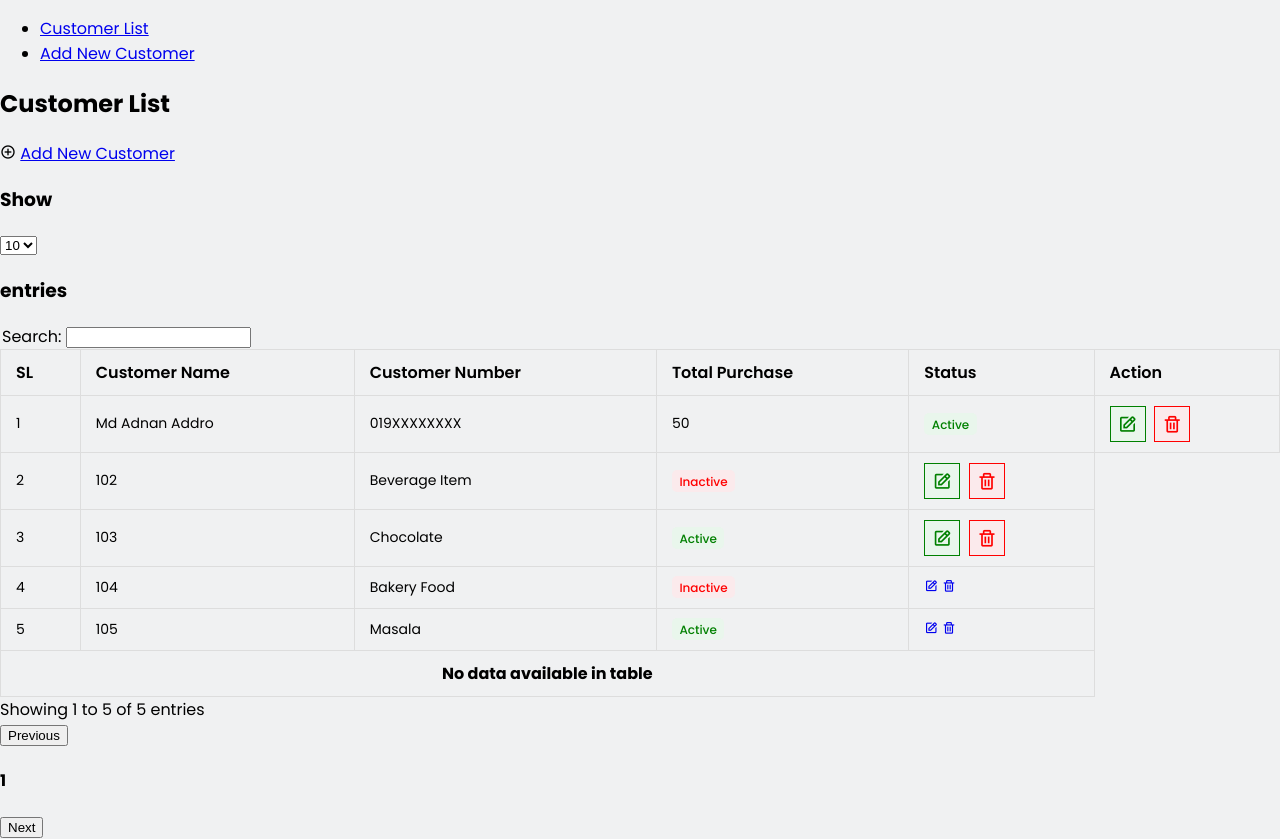
Repository: codebyaddro/customer-page
Page: customer.html
An editor plug-in stored every save of this project. The page is shown before and after a run of saves, followed by the edit.
The browser window is 1280 px wide. The pictures show the whole page.

Above is the page before, as saved 2025-02-20 13:58:47.

### customer.html
<!DOCTYPE html>
<html lang="en">
<head>
    <meta charset="UTF-8">
    <meta name="viewport" content="width=device-width, initial-scale=1.0">
    <!-- CSS -->
    <link rel="stylesheet" href="css/customer.css">
    <!-- Icons -->
    <link href='https://unpkg.com/boxicons@2.1.4/css/boxicons.min.css' rel='stylesheet'>
    <title>Customer - Page</title>
</head>
<body>
    <div class="cba-customer-container">
        <div class="cba-cusc-top-menus">
            <ul>
                <li><a href="/index.html" class="-cba-cusc-active-menu">Customer List</a></li>
                <li><a href="/inner-pages/html/anc.html" class="cba-cusc-light-up">Add New Customer</a></li>
            </ul>
        </div>
        <div class="cba-cusc-list-container">
            <div class="cba-cusc-heading-add-new-btn">
                <div class="cba-cusc-heading">
                    <h2>Customer List</h2>
                </div>
                <div class="cba-cusc-add-new-btn">
                    <i class='cba-cusc-add-icon bx bx-plus-circle'></i>
                    <a href="/inner-pages/html/anc.html">Add New Customer</a>
                </div>
            </div>
            <div class="cba-cusc-list-short-dpdwn-search-box">
                <div class="cba-cusc-list-short-dpdwn">
                    <h3>Show</h3>
                    <select name="10" id="">
                        <option value="">10</option>
                        <option value="">20</option>
                        <option value="">30</option>
                        <option value="">All</option>
                    </select>
                    <h3>entries</h3>
                </div>
                <div class="cba-cusc-search-box">
                    <legend>Search: <input type="text"></legend>
                </div>
            </div>
            <div class="cba-cusc-table-list">
                <table>
                    <thead>
                        <tr>
                            <th title="SL">SL</th>
                            <th title="Code">Customer Name</th>
                            <th title="Category Name">Customer Number</th>
                            <th title="Status">Total Purchase</th>
                            <th title="Status">Status</th>
                            <th title="Action">Action</th>
                        </tr>
                    </thead>
                    <tbody>
                        <tr>
                            <td>1</td>
                            <td>Md Adnan Addro</td>
                            <td>019XXXXXXXX</td>
                            <td>50</td>
                            <td><span class="active">Active</span></td>
                            <td>
                                <a title="Edit" href="#"><i class='edit-icon bx bx-edit'></i></a>
                                <a title="Delete" href="#"><i class='delete-icon bx bx-trash'></i></a>
                            </td>
                        </tr>
                        <tr>
                            <td>2</td>
                            <td>102</td>
                            <td>Beverage Item</td>
                            <td><span class="inactive">Inactive</span></td>
                            <td>
                                <a title="Edit" href="#"><i class='edit-icon bx bx-edit'></i></a>
                                <a title="Delete" href="#"><i class='delete-icon bx bx-trash'></i></a>
                            </td>
                        </tr>
                        <tr>
                            <td>3</td>
                            <td>103</td>
                            <td>Chocolate</td>
                            <td><span class="active">Active</span></td>
                            <td>
                                <a title="Edit" href="#"><i class='edit-icon bx bx-edit'></i></a>
                                <a title="Delete" href="#"><i class='delete-icon bx bx-trash'></i></a>
                            </td>
                        </tr>
                        <tr>
                            <td>4</td>
                            <td>104</td>
                            <td>Bakery Food</td>
                            <td><span class="inactive">Inactive</span></td>
                            <td>
                                <a title="Edit" href="#"><i class='cba-cusc-edit-icon bx bx-edit'></i></a>
                                <a title="Delete" href="#"><i class='cba-cusc-delete-icon bx bx-trash'></i></a>
                            </td>
                        </tr>
                        <tr>
                            <td>5</td>
                            <td>105</td>
                            <td>Masala</td>
                            <td><span class="active">Active</span></td>
                            <td>
                                <a title="Edit" href="#"><i class='cba-cusc-edit-icon bx bx-edit'></i></a>
                                <a title="Delete" href="#"><i class='cba-cusc-delete-icon bx bx-trash'></i></a>
                            </td>
                        </tr>
                        <tr class="cba-cusc-no-data-available">
                            <th colspan="5">No data available in table</th>
                        </tr>
                    </tbody>
                </table>
            </div>
            <div class="cba-cusc-entries-details-list-page-btn">
                <div class="cba-cusc-entries-details">
                    Showing <span>1</span> to <span>5</span> of <span>5</span> entries
                </div>
                <div class="cba-cusc-list-page-btn">
                    <button>Previous</button>
                    <h4><span>1</span></h4>
                    <button>Next</button>
                </div>
            </div>
        </div>
    </div>
</body>
</html>

### css/customer.css
/* -- fonts -- */
@import url('https://fonts.googleapis.com/css2?family=Poppins:ital,wght@0,100;0,200;0,300;0,400;0,500;0,600;0,700;0,800;0,900;1,100;1,200;1,300;1,400;1,500;1,600;1,700;1,800;1,900&family=Raleway:ital,wght@0,100..900;1,100..900&family=Roboto:ital,wght@0,100;0,300;0,400;0,500;0,700;0,900;1,100;1,300;1,400;1,500;1,700;1,900&family=VT323&display=swap');

/* -- root -- */

:root {
    --gray-white: #F0F1F2; /* For body*/
    --white: #FFFFFF;
    --black: #000000;
    --gray-black: #DDDDDD;
    --light-black: #212523;
    --light-black-op: #21252350;
    --main-green: #157343;
    --main-light: #37A000;
    --light-orange: #FD7E14;
    --green: #008000;
    --light-green: #e9f6ec;
    --red: #FF0000;
    --light-red: #fbeaec;
}

/* ---------- */

* {
    box-sizing: border-box;
}

body {
    margin: 0;
    padding: 0;
    font-family: "Poppins", serif;
    background-color: var(--gray-white);
}

::selection {
    color: var(--white);
    background-color: var(--main-light);
}

/* -- category container style -- */

.category-container {
    width: 100%;
    margin-top: 25px;
}

/* -- top menus style--  */

.top-menus {
    background-color: var(--white);
    display: flex;
    justify-content: left;
    align-items: center;
    height: 60px;
    margin-bottom: 15px;
}

.top-menus ul {
    list-style-type: none;
    display: flex;
    gap: 30px;
    margin-left: -20px;
}

.top-menus ul li a {
    text-decoration: none;
    color: var(--black);
    font-size: 15px;
    font-weight: 500;
}

/* -- active menu style -- */

.active-menu {
    color: var(--white)!important;
    background-color: var(--main-green);
    padding: 8px 12px;
    border-radius: 5px;
}

/* -- menu hover style -- */

.light-up:hover {
    color: var(--light-orange);
}

/* -- list container style -- */

.list-container {
    background-color: var(--white);
    padding: 0px 20px;
}

/* -- heading-add-new-btn style -- */

.heading-add-new-btn {
    display: flex;
    justify-content: space-between;
    align-items: center;
    border-bottom: 1px solid var(--gray-black) ;
}

.heading h2 {
    color: var(--light-black);
    font-size: 25px;
    font-weight: 500;
}

/* -- add-new-btn style -- */

.add-new-btn {
    display: flex;
    gap: 5px;
    justify-content: baseline;
    align-items: center;
}

.add-new-btn {
    background-color: var(--main-green);
    padding: 5px 10px;
    border-radius: 5px;
}

.add-new-btn a {
    color: var(--white);
    text-decoration: none;
}

.add-icon {
    color: var(--white);
    font-size: 20px;
}

/* -- list-short-dpdwn-search-box style -- */

.list-short-dpdwn-search-box {
    display: flex;
    justify-content: space-between;
    align-items: center;
    padding: 10px 0px;
}

/* -- list-short-dpdwn style -- */

.list-short-dpdwn {
    display: flex;
    gap: 7.5px;
    align-items: center;
}

.list-short-dpdwn h3 {
    color: var(--light-black);
    font-size: 15px;
    font-weight: 500;
}

.list-short-dpdwn select {
    color: var(--light-black);
    appearance: none;
    height: 25px;
    width: 30px;
    padding-left: 6px;
    outline: none;
    border-radius: 2.5px;
}

/* -- search-box style -- */

.search-box {
    display: flex;
    align-items: center;
}

.search-box legend {
    color: var(--light-black);
}

.search-box input {
    outline: none;
    height: 25px;
    width: 193px;
    border: 1px solid var(--gray-black);
}

/* -- table-list style --*/

table {
    border-collapse: collapse;
    width: 100%;
}

@media (max-width: 768px) {
    table {
        width: 100%;
        padding: 0rem;
        display: block;
        overflow-x: scroll;
        overflow-y: hidden;
        scrollbar-width: thin;
        scrollbar-color: var(--black);
    }
}

/* -- thead style -- */

thead {
    cursor: pointer;
}

th, td {
    border: 1px solid var(--gray-black);
    padding: 10px 15px;
}

thead tr th {
    font-size: 1rem;
    font-weight: 600;
    text-align: left;
}

tbody tr td {
    font-size: 0.875rem;
}

tbody tr:hover {
    background-color: var(--gray-white);
}

/* -- tbody style -- */

/* status style */

.active {
    color: var(--green);
    background-color: var(--light-green);
    font-size: 12px;
    font-weight: 500;
    padding: 2.5px 7.5px;
    border-radius: 5px;
}

.inactive {
    color: var(--red);
    background-color: var(--light-red);
    font-size: 12px;
    font-weight: 500;
    padding: 2.5px 7.5px;
    border-radius: 5px;
}

/* -- action style -- */

.edit-icon {
    color: var(--green);
    background-color: var(--light-green);
    padding: 7px 7px;
    margin-right: 2.5px;
    border: 1px solid var(--green);
    font-size: 20px;
}

.edit-icon:hover {
    background-color: var(--light-black-op);
}

.delete-icon {
    color: var(--red);
    background-color: var(--light-red);
    padding: 7px 7px;
    margin-left: 2.5px;
    border: 1px solid var(--red);
    font-size: 20px;
}

.delete-icon:hover {
    background-color: var(--light-black-op);
}

/* -- no data style */

.no-data-available th {
    font-size: 14px;
    font-weight:500;
    color: var(--black);
    background-color: var(--gray-white);
}

/* -- entries-details-list-page-btn style -- */

.entries-details-list-page-btn {
    display: flex;
    justify-content: space-between;
    align-items: center;
    padding: 10px 0px;
}

.entries-details {
    color: var(--black);
    font-size: 15px;
}

.list-page-btn {
    display: flex;
    gap: 5px;
    align-items: center;
}

.list-page-btn button {
    color: var(--light-black);
    background-color: var(--gray-white);
    padding: 8px 14px;
    border: none;
    border-radius: 5px;
    cursor: pointer;
}

.list-page-btn h4 {
    color: var(--white);
    background-color: var(--main-light);
    font-size: 15px;
    font-weight: 400;
    padding: 3px 12px;
    border-radius: 5px;
}

After the next 6 saves:
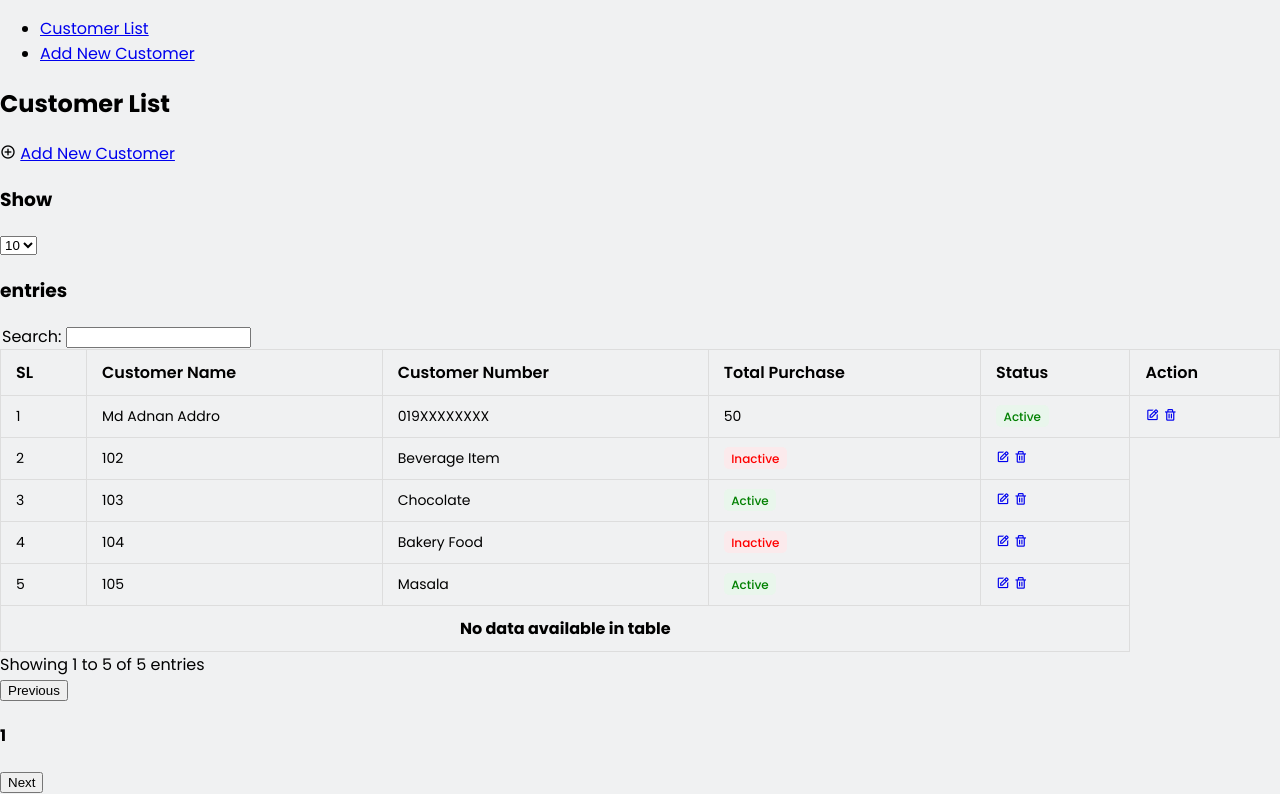
The 6 saves are shown as one change because they came seconds apart.
The last was saved 12 s later.
--- a/customer.html
+++ b/customer.html
@@ -62,8 +62,8 @@
                             <td>50</td>
                             <td><span class="active">Active</span></td>
                             <td>
-                                <a title="Edit" href="#"><i class='edit-icon bx bx-edit'></i></a>
-                                <a title="Delete" href="#"><i class='delete-icon bx bx-trash'></i></a>
+                                <a title="Edit" href="#"><i class='cba-cusc-edit-icon bx bx-edit'></i></a>
+                                <a title="Delete" href="#"><i class='cba-cusc-delete-icon bx bx-trash'></i></a>
                             </td>
                         </tr>
                         <tr>
@@ -72,8 +72,8 @@
                             <td>Beverage Item</td>
                             <td><span class="inactive">Inactive</span></td>
                             <td>
-                                <a title="Edit" href="#"><i class='edit-icon bx bx-edit'></i></a>
-                                <a title="Delete" href="#"><i class='delete-icon bx bx-trash'></i></a>
+                                <a title="Edit" href="#"><i class='cba-cusc-edit-icon bx bx-edit'></i></a>
+                                <a title="Delete" href="#"><i class='cba-cusc-delete-icon bx bx-trash'></i></a>
                             </td>
                         </tr>
                         <tr>
@@ -82,8 +82,8 @@
                             <td>Chocolate</td>
                             <td><span class="active">Active</span></td>
                             <td>
-                                <a title="Edit" href="#"><i class='edit-icon bx bx-edit'></i></a>
-                                <a title="Delete" href="#"><i class='delete-icon bx bx-trash'></i></a>
+                                <a title="Edit" href="#"><i class='cba-cusc-edit-icon bx bx-edit'></i></a>
+                                <a title="Delete" href="#"><i class='cba-cusc-delete-icon bx bx-trash'></i></a>
                             </td>
                         </tr>
                         <tr>
